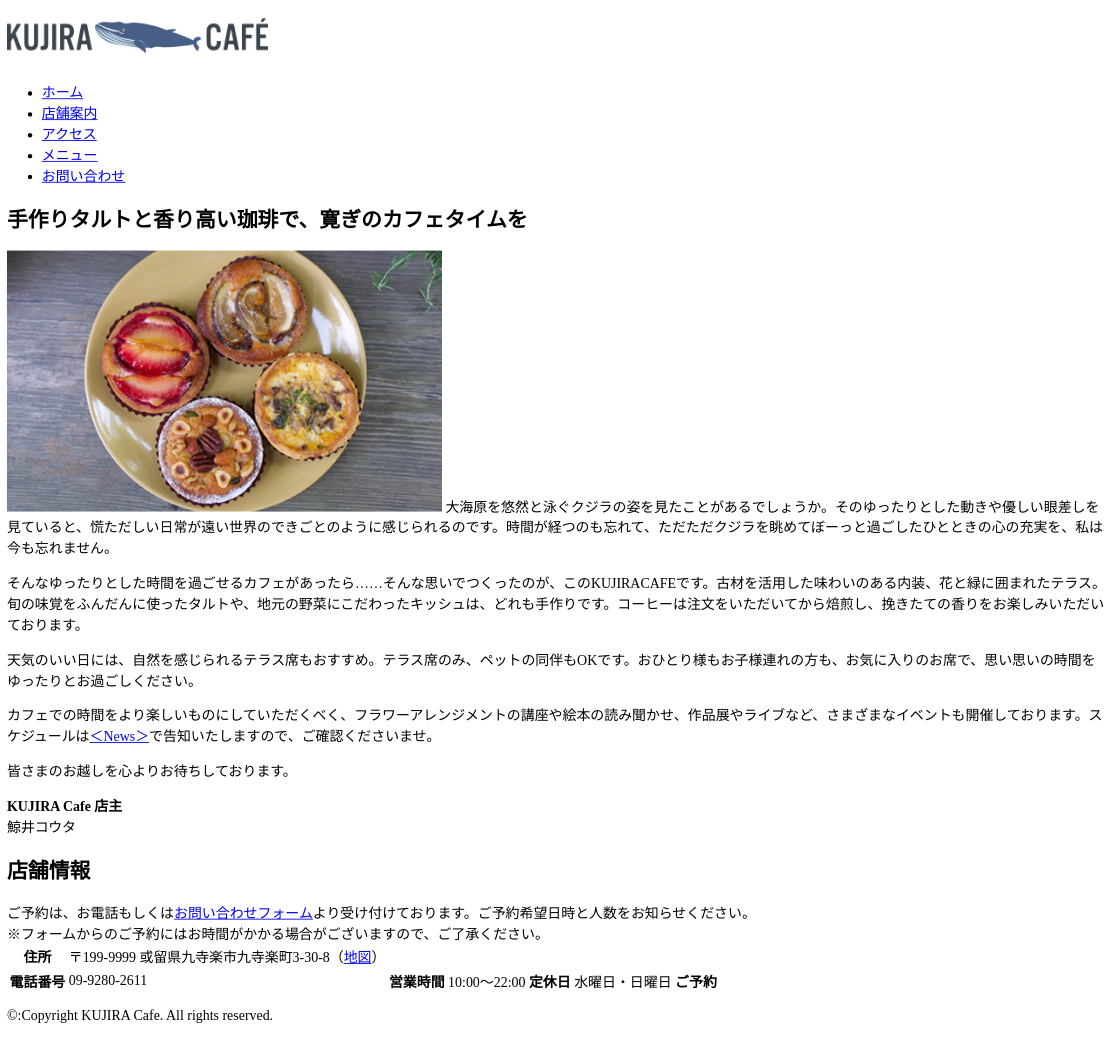
Repository: U-dias/work3
Page: cafe/about.html
The author's editor kept a record of every edit. The page is drawn from the files as they stood at one moment, then again after the next edit.
The browser window is 1280 px wide. The pictures show the whole page, at 87% of full size.

Above is the page before.

After the next edit:
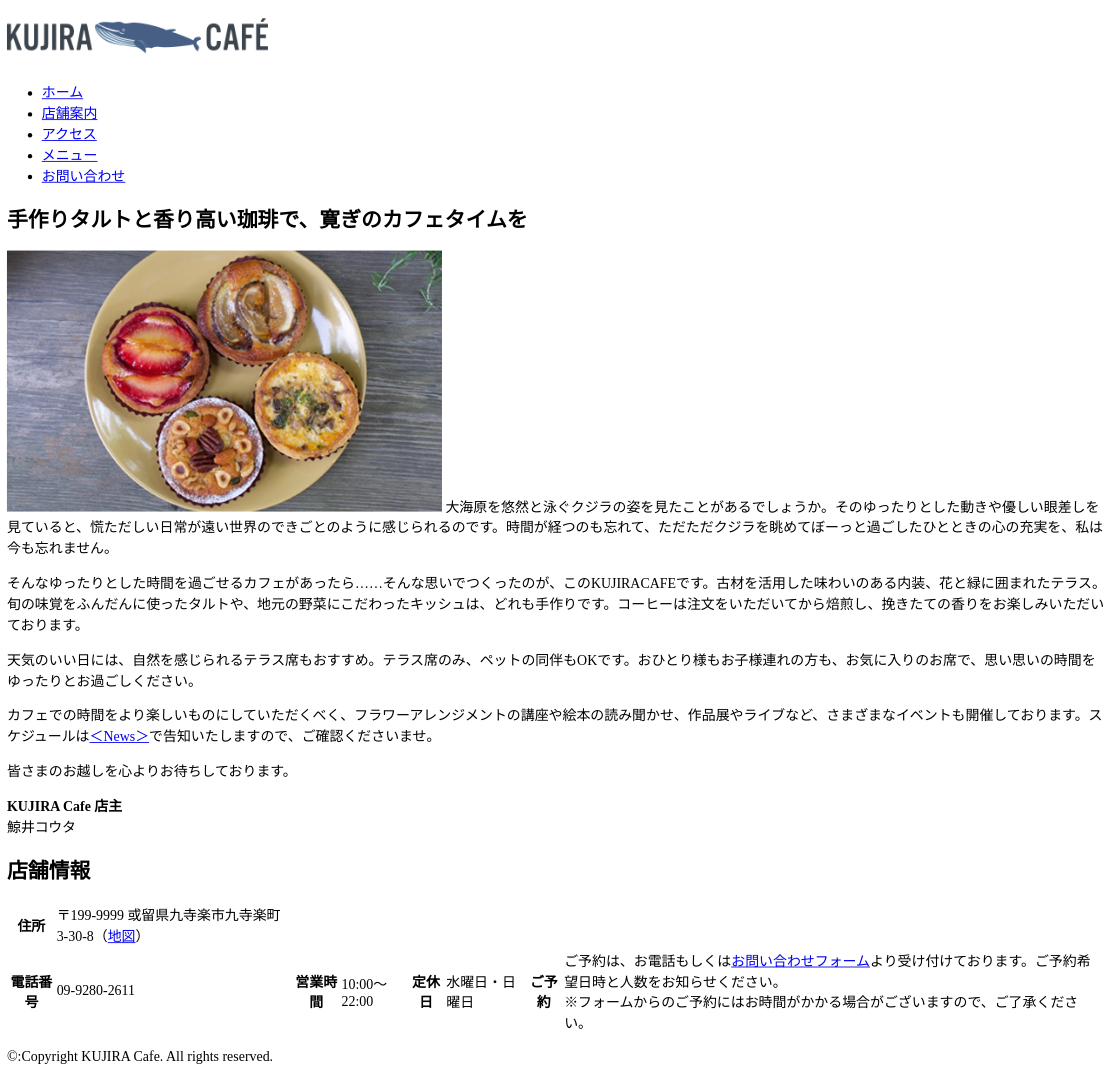
The edit:
--- a/cafe/about.html
+++ b/cafe/about.html
@@ -54,9 +54,10 @@
             <th>定休日</th>
             <td>水曜日・日曜日</td>
 
-<th>ご予約</th>
-ご予約は、お電話もしくは<a href="contact.html">お問い合わせフォーム</a>より受け付けております。ご予約希望日時と人数をお知らせください。<br>
-※フォームからのご予約にはお時間がかかる場合がございますので、ご了承ください。</tr>
+            <th>ご予約</th>
+            <td>ご予約は、お電話もしくは<a href="contact.html">お問い合わせフォーム</a>より受け付けております。ご予約希望日時と人数をお知らせください。<br>
+            ※フォームからのご予約にはお時間がかかる場合がございますので、ご了承ください。</td>
+            </tr>
 
           </table>
 
